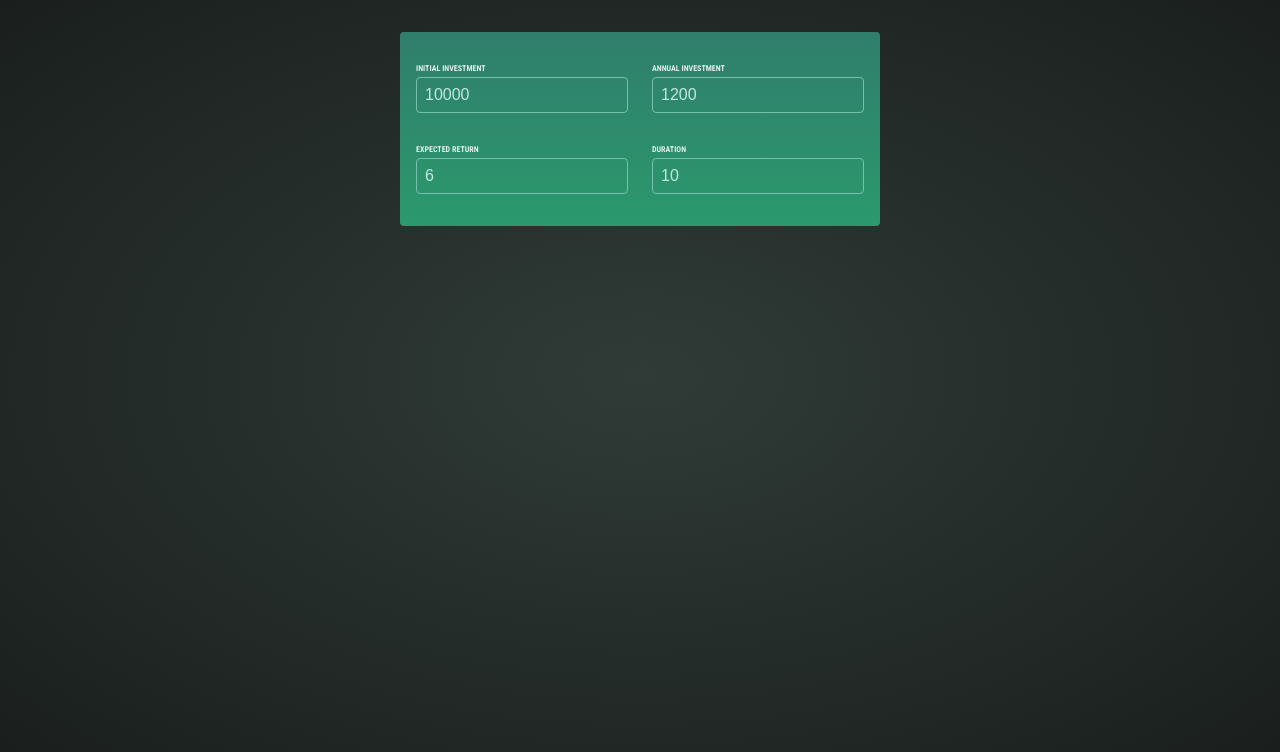
Repository: ooluchi/prac-investment-calculator
Page: /
These files come from the project's save history. The page is drawn as it stood at one moment and after the next save; the edit follows.
The browser window is 1280 px wide. The pictures show the whole page.
The project was rebuilt for these pictures with package versions that can differ from the ones it lists, and the page was loaded fresh each time. Also part of the build but not shown: vite.config.js.

Above is the page before, as saved 2024-11-13 13:49:25.

### src/App.jsx
// import Header from "./components/Header";
import UserInput from "./components/UserInput";

function App() {
  return (
    <>
   {/* <Header /> */}
   <UserInput />
   </>
  )
}

export default App

### src/components/UserInput.jsx
import { useState } from "react";

export default function UserInput() {

    const [userInput, setUserInput] = useState ({
        initialInvestment: 10000,
        annualInvestment: 1200,
        expectedReturn: 6,
        duration: 10
    })

    function handleChange(inputIdentifier, newValue, ) {
            setUserInput(previousInput => {
                return {
                    ...previousInput,
                    [inputIdentifier]: newValue
                }
            })

    }

    return (
        <section id="user-input" >
            <div className="input-group">
                <p>
                    <label>Initial Investment</label>
                    <input type="number"
                    required
                    value={userInput.initialInvestment}
                    onChange={ (event) =>
                    handleChange ('initialInvestment', event.target.value)} />
                </p>
                <p>
                    <label>Annual Investment</label>
                    <input type="number"
                    required
                    value={userInput.annualInvestment}
                    onChange={ (event) =>
                    handleChange ('annualInvestment', event.target.value)} />
                </p>
            </div>
            <div className="input-group">
                <p>
                    <label>Expected Return</label>
                    <input type="number"
                    required
                    value={userInput.expectedReturn}
                    onChange={ (event) =>
                    handleChange ('expectedReturn', event.target.value)}/>
                </p>
                <p>
                    <label>Duration</label>
                    <input type="number"
                    required
                    value={userInput.duration}
                    onChange={ (event) =>
                    handleChange ('duration', event.target.value)}
                    />
                </p>
            </div>
        </section>
    )
}

### src/components/Header.jsx
import logo from "../assets/investment-calculator-logo.png"

export default function Header() {
    return (
        <header id="header">
        <img src={logo} alt="money-bag-image" />
        <h1> Investment Calculator</h1>
        </header>
    )
}

Loaded but not shown: index.html (common file); src/index.jsx (common file); src/index.css (common file)

After the next save:
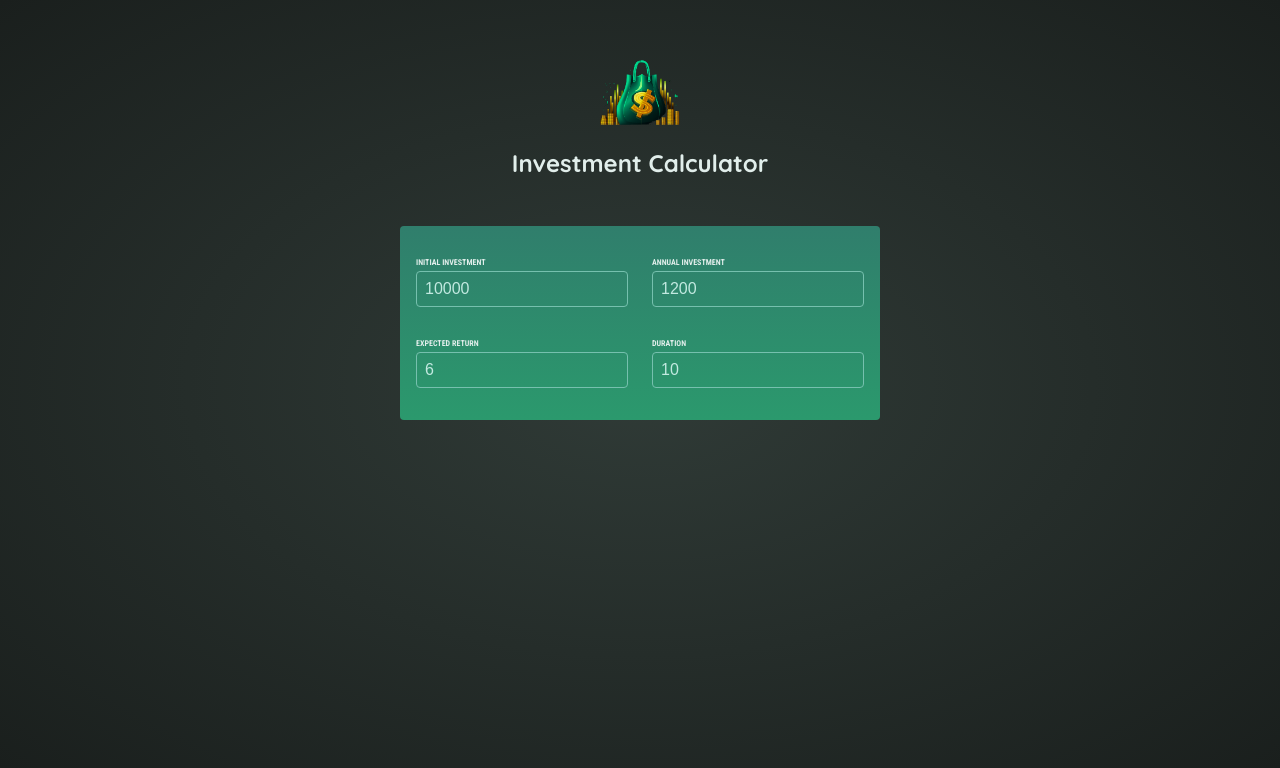
Saved 15 s later.
--- a/src/App.jsx
+++ b/src/App.jsx
@@ -1,10 +1,10 @@
-// import Header from "./components/Header";
+import Header from "./components/Header";
 import UserInput from "./components/UserInput";
 
 function App() {
   return (
     <>
-   {/* <Header /> */}
+   <Header />
    <UserInput />
    </>
   )
